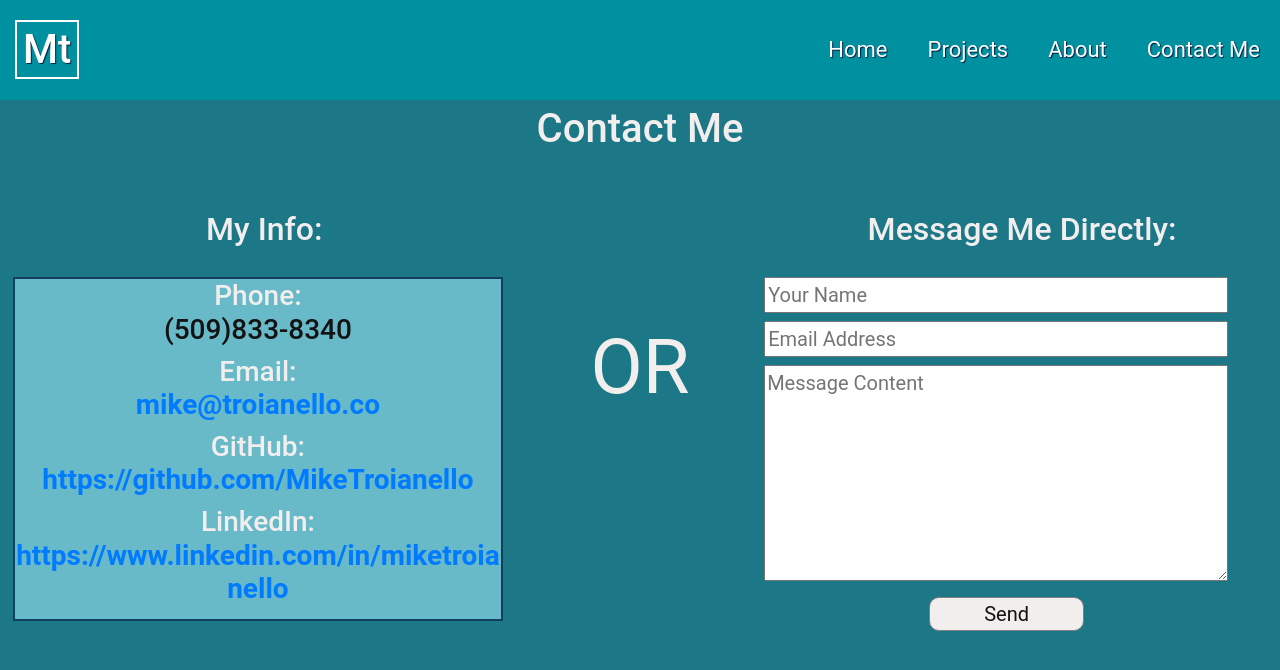
Repository: MikeTroianello/troianello
Page: /contact
An editor plug-in stored every save of this project. The page is shown before and after the next save, followed by the edit.
The browser window is 1280 px wide. The pictures show the whole page.
The project was rebuilt for these pictures with package versions that can differ from the ones it lists, and the page was loaded fresh each time. Also part of the build but not shown: src/components/context-sensitive/Greet.js, src/components/locations/Home.js, src/components/locations/About/About.css, src/components/locations/About/AboutMobile.css, src/components/locations/About/About.js, src/components/cards/RainbowDay.js, src/components/cards/CanvasBubbles.js, src/components/cards/projectCard.css and 4 more.

Above is the page before, as saved 2019-08-03 13:20:42.

### public/index.html
<!DOCTYPE html>
<html lang="en">
  <head>
    <meta charset="utf-8" />
    <link rel="shortcut icon" href="%PUBLIC_URL%/favicon.ico" />
    <meta name="viewport" content="width=device-width, initial-scale=1" />
    <meta name="theme-color" content="#000000" />
    <!--
      manifest.json provides metadata used when your web app is installed on a
      user's mobile device or desktop. See https://developers.google.com/web/fundamentals/web-app-manifest/
    -->
    <link rel="manifest" href="%PUBLIC_URL%/manifest.json" />
    <!--
      Notice the use of %PUBLIC_URL% in the tags above.
      It will be replaced with the URL of the `public` folder during the build.
      Only files inside the `public` folder can be referenced from the HTML.

      Unlike "/favicon.ico" or "favicon.ico", "%PUBLIC_URL%/favicon.ico" will
      work correctly both with client-side routing and a non-root public URL.
      Learn how to configure a non-root public URL by running `npm run build`.
    -->
    <title>MIKE TROIANELLO</title>
  </head>
  <body>
    <noscript>You need to enable JavaScript to run this app.</noscript>
    <div id="root"></div>
  </body>
</html>

### src/App.js
import React, { Component } from 'react';
import { BrowserRouter as Router, Route, Switch } from 'react-router-dom';
import Header from './components/Header';
import Home from './components/locations/Home';
import About from './components/locations/About/About';
import Projects from './components/locations/Projects';
import Contact from './components/locations/Contact/Contact';
import NotFound from './components/locations/NotFound';
import Greet from './components/context-sensitive/Greet.js';
import './App.css';

class App extends Component {
  // state = {
  //   header: '',
  //   hours: new Date().getHours()
  // };

  // componentDidMount() {
  //   window.addEventListener('scroll', this.handleScroll);
  // }

  // componentWillUnmount() {
  //   window.removeEventListener('scroll', this.handleScroll);
  // }

  // handleScroll = event => {
  //   let scrollTop = event.srcElement.body.scrollTop;
  //   console.log(window.scrollY);
  //   // if(window.scrollY > 200 && this.state.header) {
  //   if (window.scrollY < 88) {
  //     this.setState({ header: '' });
  //     console.log(this.state.header);
  //   }
  //   if (window.scrollY > 88 && window.scrollY < 502) {
  //     this.setState({ header: <Greet classname='header-greet' /> });
  //     console.log(this.state.header);
  //   }
  //   if (window.scrollY > 503 && window.scrollY < 1266) {
  //     this.setState({ header: 'My Projects' });
  //     console.log(this.state.header);
  //   }
  //   if (window.scrollY > 1267) {
  //     this.setState({ header: 'About Me' });
  //     console.log(this.state.header);
  //   }
  // };

  render() {
    return (
      <div className='App'>
        <Router>
          {/* <Header showHeader={this.state.header} /> */}
          <Header />
          <div>
            <Switch>
              <Route exact path='/' component={Home} />
              <Route exact path='/about' component={About} />
              <Route exact path='/projects' component={Projects} />
              <Route exact path='/contact' component={Contact} />
              <Route component={NotFound} />
            </Switch>
          </div>
        </Router>
      </div>
    );
  }
}

export default App;

### src/components/Header.js
import React, { Component } from 'react';
import { Link } from 'react-router-dom';
import Greet from '../components/context-sensitive/Greet.js';

export default class Header extends Component {
  render() {
    // let headerClass = this.props.showHeader ? 'header' : 'header transition';
    // if(this.props.showHeader == "time"){
    //   this.props.showHeader = <Greet/>
    // }
    /* <div className={headerClass}> */
    return (
      <div className='header'>
        <div className='links'>
          {/* <div className='logo'>
            <Link to='/'>Mt</Link>
          </div> */}
          <Link to='/' className='logo-2'>
            <h1 className='mt-logo'>Mt</h1>
          </Link>
          <div>{this.props.showHeader}</div>

          <div className='individual-link'>
            <Link to='/'>Home</Link>
          </div>
          <div className='individual-link'>
            <Link to='/projects'>Projects</Link>
          </div>
          <div className='individual-link'>
            <Link to='/about'>About</Link>
          </div>
          <div className='individual-link test'>
            <Link to='/contact'>Contact Me</Link>
          </div>
        </div>
      </div>
    );
  }
}

### src/components/locations/Contact/Contact.js
import React from 'react';
import './Contact.css';
import './ContactMobile.css';

export default function Contact() {
  return (
    <div className='contact-page'>
      <h1 className='contact-center'>Contact Me</h1>
      <div className='row'>
        <div className='col-sm-5 contact-side-one'>
          <h2 className='contact-center-one'>My Info:</h2>
          <div className='contact-side-one-box'>
            <h3>
              Phone:
              <br />
              <span className='contact-number'>(509)833-8340</span>
            </h3>
            <h3>
              <h3>
                Email:
                <br />
                <strong>
                  <a
                    href='mailto:mike@troianello.co'
                    target='_blank'
                    rel='noopener noreferrer'
                  >
                    mike@troianello.co
                  </a>
                </strong>
              </h3>
              GitHub:
              <br />
              <strong>
                <a
                  href='https://github.com/MikeTroianello'
                  target='_blank'
                  rel='noopener noreferrer'
                >
                  https://github.com/MikeTroianello
                </a>
                <br />
              </strong>
            </h3>
            <h3>
              LinkedIn: <br />
              <strong>
                <a
                  href='https://www.linkedin.com/in/miketroianello'
                  target='_blank'
                  rel='noopener noreferrer'
                >
                  https://www.linkedin.com/in/miketroianello
                </a>
              </strong>
            </h3>
          </div>
        </div>
        <div className='col-sm-2 or'>OR</div>
        <div className='col-sm-5 contact-side-two'>
          <h2 className='contact-center-two'>Message Me Directly:</h2>
          <form
            className='contact-message'
            action='https://formspree.io/mike@troianello.co'
            method='POST'
          >
            <label>
              <input
                type='name'
                name='name'
                className='contact-message-input'
                placeholder='Your Name'
              />
            </label>
            <label>
              <input
                type='email'
                name='email'
                className='contact-message-input'
                placeholder='Email Address'
              />
            </label>
            <label>
              <textarea
                rows='7'
                name='content'
                className='contact-message-input'
                placeholder='Message Content'
              />
            </label>
            <button className='contact-button'>Send</button>
          </form>
        </div>
      </div>
    </div>
  );
}

### src/App.css
:root {
  --off-black: #131313;
  --off-white: #f2eeee;
}

.App {
  font-family: 'roboto';
}
@import url('https://fonts.googleapis.com/css?family=Chivo&display=swap');
@import url('https://fonts.googleapis.com/css?family=Roboto&display=swap');
@import url('https://fonts.googleapis.com/css?family=Exo+2:800&display=swap');

.App-header {
  background-color: #282c34;
  min-height: 100vh;
  display: flex;
  flex-direction: column;
  /* align-items: center; */
  justify-content: center;
  font-size: calc(10px + 2vmin);
  /* color: white; */
}

/* .App-link {
  color: #61dafb;
} */

body {
  padding-top: 47px;
}

div {
  font-size: 20px;
}

p {
  margin-left: 4em;
  color: var(--off-black);
}

/* HEADER */

.header {
  background-color: #0091a0;
  /* background-color: #192e6c; */
  overflow: hidden;
  position: fixed;
  top: 0;
  width: 100%;
  height: 100px;
  z-index: 1;
  transition: all 0.5s;
}

.header.transition {
  transition: all 0.5s;
}

.header a {
  text-decoration: none;
  font-family: 'roboto';
  color: white;
  text-shadow: 1px 1px 1px #002145;
  font-size: 1.1em;
}

/* HOME PAGE */

/* .home-bg {
  height: 300vh;
} */

.link {
  margin-left: 15em;
}

.link a {
  color: var(--off-white);
  background-color: #0091a0;
  border-style: solid;
  border-color: #a2d7dc;
  border-width: 2px;
  font-size: 1.75em;
  padding: 0.5em;
  /* border-radius: 5px; */
}

.home-top {
  background-color: #0091a0;
  height: 65vh;
  width: 100%;
  transform: skewY(-5deg);
  margin-top: -5vh;
  padding: 0;
}

.home-top h1 {
  text-align: center;
  color: var(--off-white);
  font-size: 5em;
  padding-left: 0.6em;
  padding-top: 0.8em;
  margin-bottom: 0;
  padding-bottom: 0;
  transform: skewY(5deg);
  text-shadow: 1px 1px 1px #007783;
}

.home-top h2 {
  text-align: center;
  color: var(--off-white);
  padding-left: 0.6em;
  margin-bottom: 0;
  padding-bottom: 0;
  transform: skewY(5deg);
  text-shadow: 1px 1px 1px #007783;
}

.home-typewriter-setup {
  /* position: relative;
    width: 29em;
    margin: 0 auto;
    text-align: center;
    white-space: nowrap;
    overflow: hidden; */
  position: relative;
  width: 24em;
  margin: 10vh auto;
  border-right: 3px solid rgba(255, 255, 255, 0.75);
  font-size: 180%;
  text-align: center;
  white-space: nowrap;
  overflow: hidden;
}

.home-typewriter-animation {
  animation: typewriter 4s steps(65) 1s 1 normal both,
    blinkTextCursor 1000ms steps(40) infinite normal;
}

@keyframes typewriter {
  from {
    width: 0;
  }
  to {
    width: 29.5em;
  }
}
@keyframes blinkTextCursor {
  from {
    border-right-color: rgba(255, 255, 255, 0.75);
  }
  to {
    border-right-color: transparent;
  }
}

.home-fade1 {
  height: 2vh;
  width: 100%;
  background-color: #a2d7dc;
  transform: skewY(-5deg);
  margin-top: -1vh;
}

.home-fade2 {
  height: 1vh;
  width: 100%;
  background-color: #e1e3e5;
  /* margin-top: -1vh; */
}

.home-about {
  height: 105vh;
  background: url('./components/images/pics/album-pics/thumbnail-3.jpg')
    no-repeat;
  background-size: 100% auto;
  background-position: 0 -30vh;
  /* background-repeat: no-repeat; */
  /* background-color: #909a9f; */
}

.home-about h1 {
  color: var(--off-white);
  font-size: 4.25em;
  margin-left: 1.25em;
}

.home-projects {
  font-size: 2em;
  padding-top: 1em;
  height: 110vh;
}

.home-projects h1 {
  color: var(--off-black);
  font-size: 2em;
  text-align: center;
}

.home-album-text {
  mix-blend-mode: difference;

  /* mix-blend-mode: exclusion; */
}

.home-contact {
  height: 50vh;
}

.home-contact h1 {
  font-size: 4.5em;
  margin-left: 1em;
  color: var(--off-white);
}

/* PROJECTS PAGE */

.projects {
  background-color: #1c7787;
  color: var(--off-white);
  /* height: 104vh; */
  /* margin-top: -3em; */
  padding-top: 3em;
  overflow: hidden;
  min-height: 97.45vh;
}

.project-box {
  display: flex;
  flex-wrap: wrap;
  justify-content: space-around;
  text-decoration: none;
  /* margin: 1vh 0; */
}

/* .project-box :hover {
  background: rgba(0, 0, 0, 1);
} */

.projects-title {
  text-align: center;
}

.projects-technologies {
  padding: 10vh 0 0 1.33vw;
  background-color: #1c7787;
  border-right: 1.5px solid black;
}

/* COLOR SCHEME REMAINING CLASSES DON'T DELETE YET!!!! */

/* .container-fluid {
  height: 500px;
} */

/* .row {
  height: 500px;
} */

.links {
  display: flex;
  justify-content: flex-end;
  align-items: center;
}

.individual-link {
  margin: 0 1em;
}

/* logo */

.logo {
  color: white;
  padding: 1px 6px;
  font-size: 1.35em;
  font-weight: bold;
  border-style: solid;
  border-color: White;
  border-width: 2px;
  margin: 20px auto 20px 15px;
}

.logo-2 {
  color: white;
  padding: 1px 6px 0;
  font-weight: bold;
  border-style: solid;
  border-color: White;
  border-width: 2px;
  margin: 20px auto 20px 15px;
}

.mt-logo {
  margin: 3px 0;
}

.react {
  animation-name: spin;
  animation-duration: 35s;
  animation-iteration-count: infinite;
  animation-timing-function: linear;
}

@keyframes spin {
  from {
    transform: rotate(0deg);
  }
  to {
    transform: rotate(360deg);
  }
}

/* table,
th,
td {
  border: 2px solid black;
}

td {
  font-size: 2em;
} */

### src/components/locations/Contact/Contact.css
.contact-page {
  background-color: #1c7787;
  color: var(--off-white);
  /* height: 101.8vh; HERE */
  min-height: 101.8vh;
  overflow: hidden;
  margin-top: -3em;
  padding-top: 3em;
}

.contact-page h1 {
  margin: 8vh;
}

/* .contact-side-one {
  } */

.contact-side-one-box {
  border: 2px solid #113f5e;
  background-color: rgba(137, 215, 229, 0.7);
  text-align: center;
  margin-left: 1vw;
  margin-right: 1vw;
  padding-bottom: 5px;
  word-wrap: break-word;
}

.contact-number {
  color: var(--off-black);
}

.contact-center {
  text-align: center;
  margin-bottom: 4vh;
}

.contact-center-one {
  text-align: center;
  margin-bottom: 4vh;
  margin-left: 1vw;
}

.contact-center-two {
  text-align: center;
  margin-bottom: 4vh;
}

.or {
  margin-bottom: 15vh;
  display: flex;
  justify-content: center;
  align-items: center;
  font-size: 3.8em;
  color: var(--off-white);
}

/* .contact-side-two{
    display: flex;
  } */

.contact-message {
  flex-direction: column;
  /* align-items:center; */
  display: flex;
}

.contact-message-input {
  width: 90%;
}

.contact-button {
  width: 30%;
  border: 1px solid gray;
  border-radius: 10px;
  color: var(--off-black);
  background: var(--off-white);
  margin-left: 32%;
}

### src/components/locations/Contact/ContactMobile.css
@media (max-width: 425px) {
  .contact-page {
    min-height: 101.8vh;
    overflow: hidden;
    margin-top: -3em;
    padding-top: 3em;
  }

  .contact-page h1 {
    margin: 8vh;
  }

  .contact-page h3 {
    font-size: 1.33rem;
  }

  /* .contact-side-one {
  } */

  .contact-side-one-box {
    /* border: 2px solid #113f5e;
    background-color: rgba(137, 215, 229, 0.7);
    text-align: center;
    margin-left: 1vw;
    margin-right: 1vw;
    padding-bottom: 5px;
    word-wrap: break-word; */
    margin-left: 2vw;
    margin-right: 2vw;
  }

  .contact-number {
    color: var(--off-black);
  }

  .contact-center {
    text-align: center;
    margin-bottom: 4vh;
  }

  .contact-center-one {
    text-align: center;
    margin-bottom: 4vh;
    margin-left: 1vw;
  }

  .contact-center-two {
    text-align: center;
    margin-bottom: 4vh;
  }

  .or {
    margin-bottom: 0 !important;
    display: flex;
    justify-content: center;
    align-items: center;
    font-size: 3em;
    color: var(--off-white);
  }

  /* .contact-side-two {
    padding-left: 0;
  } */

  .contact-message {
    margin: 0 0 0 2vw;
  }

  .contact-message-input {
    width: 98%;
    /* margin-left: 1%; */
  }

  .contact-button {
    width: 65%;
    margin-left: 16%;
    margin-top: 1vh;
    margin-bottom: 4vh;
    font-size: 1.5em;
  }
}

Loaded but not shown: src/index.js (common file); src/index.css (common file); src/serviceWorker.js (common file)

After the next save:
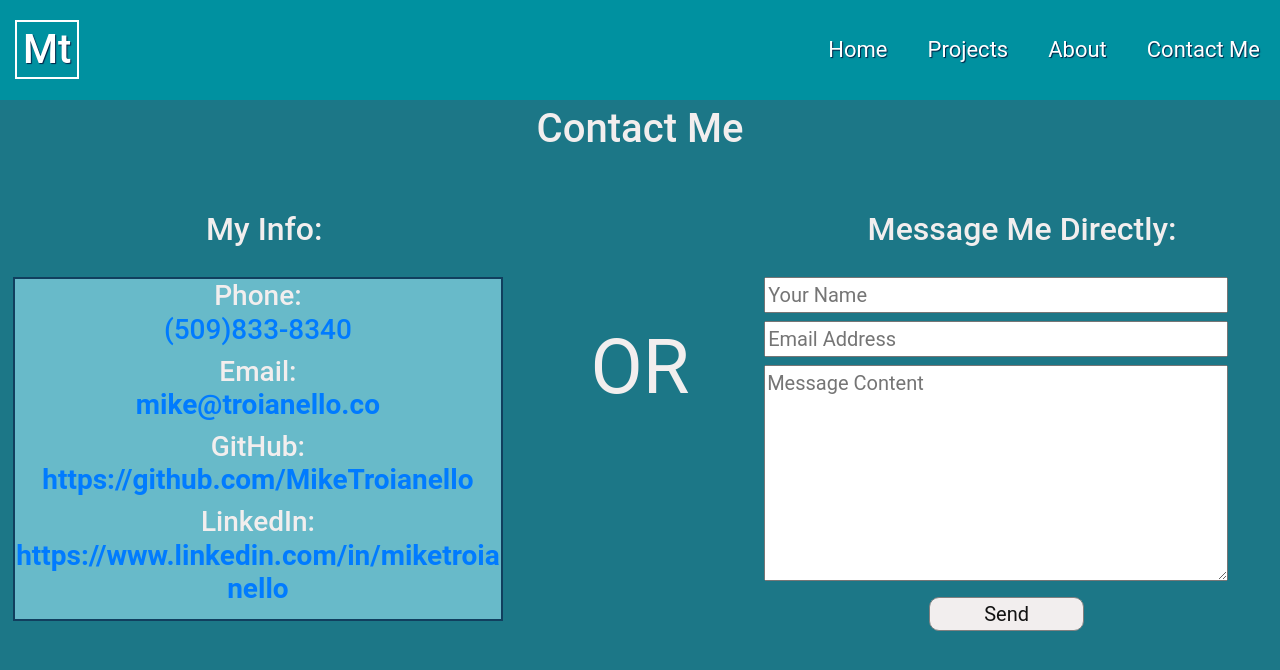
Saved 6 min 8 s later.
--- a/src/components/locations/Contact/Contact.js
+++ b/src/components/locations/Contact/Contact.js
@@ -13,7 +13,9 @@ export default function Contact() {
             <h3>
               Phone:
               <br />
-              <span className='contact-number'>(509)833-8340</span>
+              <span className='contact-number'>
+                <a href='#'>(509)833-8340</a>
+              </span>
             </h3>
             <h3>
               <h3>
